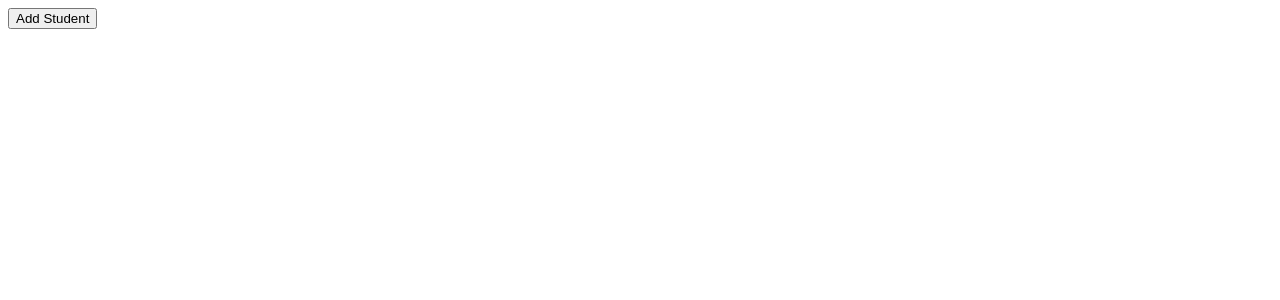
Repository: subhani70/AdvanceJava
Page: ProjectStudent/src/main/webapp/home.html
An editor plug-in stored every save of this project. The page is shown before and after the next save, followed by the edit.
The browser window is 1280 px wide. The pictures show the whole page.

Above is the page before, as saved 2025-07-01 09:19:37.

### ProjectStudent/src/main/webapp/home.html
<!DOCTYPE html>
<html>
<head>
<meta charset="ISO-8859-1">
<title>Insert title here</title>
</head>
<body>
<form action="">  <button>Add Student</button></form>

</body>
</html>

After the next save:
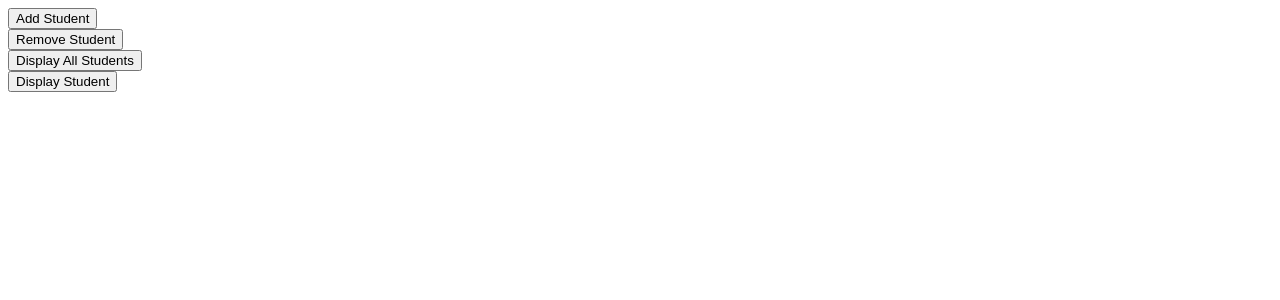
Saved 47 s later.
--- a/ProjectStudent/src/main/webapp/home.html
+++ b/ProjectStudent/src/main/webapp/home.html
@@ -6,6 +6,9 @@
 </head>
 <body>
 <form action="">  <button>Add Student</button></form>
+<form action="">  <button>Remove Student</button></form>
+<form action="">  <button>Display All Students</button></form>
+<form action="">  <button>Display Student</button></form>
 
 </body>
 </html>
